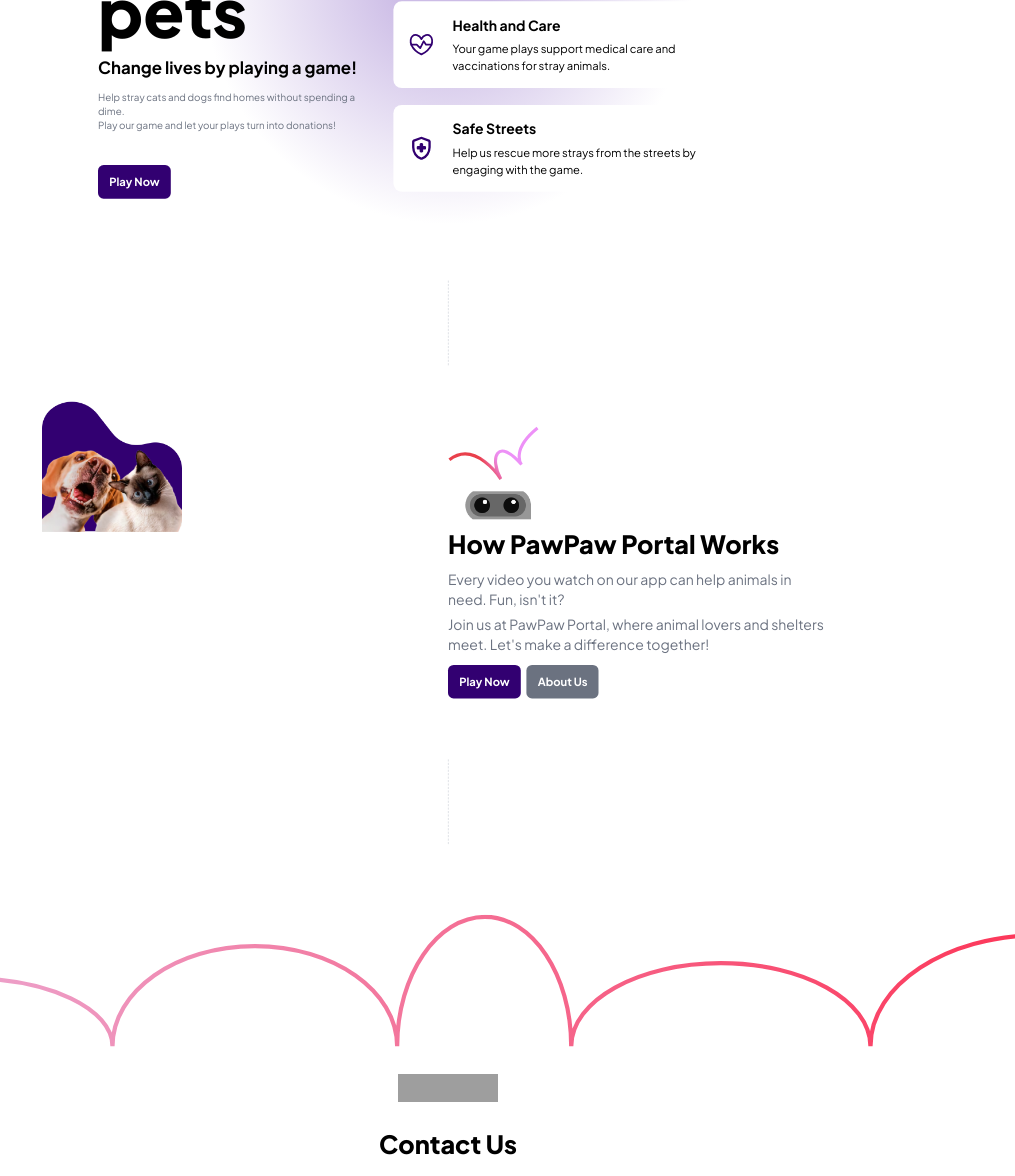
Repository: paskasiregar/pawpawwebsite
Page: /
The author's editor kept a copy of each file at every save. The page is drawn from the files as they stood at one save, then again after the next save.
The browser window is 1280 px wide. The page is 1450 px wide, so the pictures cover 1450 px, including what lies to the right of the window. The pictures show the part of the page from y = 537 to 2217 px (the page is 3234 px tall), at 70% of full size.
Pictures or frames that could not be fetched are drawn as grey boxes. The project was rebuilt for these pictures with package versions that can differ from the ones it lists, and the page was loaded fresh each time. The framework's server and built-in components were replaced by stand-ins that run in the browser. Also part of the build but not shown: next.config.js, next.config.mjs.

Above is the page before, as saved 2024-07-30 20:32:09.

### src/app/page.js
import { Contact } from "@/components/contact";
import { Divider } from "@/components/divider";
import { Footer } from "@/components/footer";
import { Header } from "@/components/header";
import CTA from "@/components/CTA";
import Hero from "@/components/hero";
import PrimaryButton from "@/components/primaryButton";
import SecButton from "@/components/secButton";
import Image from "next/image";
import logoImage from "../assets/inverse.png";
import bannerImage from "../assets/banner.png";

export default async function Home() {
  return (
    <div className="w-full font-plus-jakarta m-auto flex min-h-screen flex-col items-center justify-between py-4 md:py-8">
      <section className="space-y-4 w-full px-2 md:px-4">
        <div className="centeredcontainer main-container">
          <Header />
        </div>
        <main className="main-container">
          <Hero />
          <Divider />
          <div className="self-stretch bg-white flex flex-col md:flex-row">
            <div className="flex-1 relative h-48 md:h-[489px] z-[0]">
              <Image
                className="w-200 h-auto object-cover"
                alt="banner"
                src={bannerImage}
                width={200}
                height={200}
              />
            </div>

            <div className="flex-1 flex flex-col items-center md:items-start justify-center gap-4 z-[1] p-4 md:p-8">
              <div className="space-y-4">
                <div className="flex justify-center md:justify-start">
                  <svg
                    width="130"
                    height="77"
                    viewBox="0 0 130 77"
                    fill="none"
                    xmlns="http://www.w3.org/2000/svg"
                  >
                    <path
                      d="M2.04016 48.038C39.1938 19.0059 75.4362 75.5193 75.4362 75.5193C58.6481 44.4597 70.5515 14.7701 105.05 54.8444C105.05 54.8444 88.8644 34.0647 127.885 2.52962"
                      stroke="url(#paint0_linear_545_35744)"
                      strokeWidth="4.42591"
                      strokeMiterlimit="10"
                      strokeLinejoin="bevel"
                    />
                    <defs>
                      <linearGradient
                        id="paint0_linear_545_35744"
                        x1="19.971"
                        y1="73.8863"
                        x2="126.116"
                        y2="-0.218346"
                        gradientUnits="userSpaceOnUse"
                      >
                        <stop offset="0.2868" stopColor="#E9404C" />
                        <stop offset="0.2967" stopColor="#EA475C" />
                        <stop offset="0.3252" stopColor="#EB5B85" />
                        <stop offset="0.3554" stopColor="#EB6CA8" />
                        <stop offset="0.3871" stopColor="#EC79C5" />
                        <stop offset="0.4209" stopColor="#EC84DB" />
                        <stop offset="0.4577" stopColor="#ED8BEB" />
                        <stop offset="0.4998" stopColor="#ED90F4" />
                        <stop offset="0.5589" stopColor="#ED91F7" />
                      </linearGradient>
                    </defs>
                  </svg>
                </div>
                <Image
                  className="w-36 h-10 object-cover"
                  alt="Logo"
                  src={logoImage}
                  width={120}
                  height={20}
                />
                <div className="flex flex-col items-center md:items-start">
                  <div className="relative font-extrabold text-2xl md:text-4xl text-center md:text-left">
                    How PawPaw Portal Works
                  </div>
                </div>
                <div className="self-stretch flex flex-col md:flex-row items-center md:items-start justify-start text-lg md:text-xl text-gray-500">
                  <div className="flex-1 flex flex-col items-center md:items-start justify-start">
                    <div className="self-stretch">
                      <p className="m-0 text-center md:text-left">
                        Every video you watch on our app can help animals in
                        need. Fun, isn't it?
                      </p>
                      <p className="m-2"></p>
                      <p className="m-0 text-center md:text-left">
                        Join us at PawPaw Portal, where animal lovers and
                        shelters meet. Let's make a difference together!
                      </p>
                    </div>
                  </div>
                </div>

                <div className="flex flex-col md:flex-row gap-2">
                  <PrimaryButton>Play Now</PrimaryButton>
                  <SecButton>About Us</SecButton>
                </div>
              </div>
            </div>
          </div>
          <Divider />
          <Contact />
        </main>
        <div className="w-full">
          <div>
            <CTA />
          </div>
          <Footer />
        </div>
      </section>
    </div>
  );
}

### src/app/globals.css
@import url("https://fonts.googleapis.com/css2?family=Plus+Jakarta+Sans:wght@400;600;700;800&display=swap");

@tailwind base;
@tailwind components;
@tailwind utilities;

body {
  font-family: "Plus Jakarta Sans", sans-serif;
}

.hero-bg {
  display: flex;
  background: radial-gradient(
    circle,
    rgb(204, 188, 230) 10%,
    rgb(255, 255, 255) 50%
  );
}

.cta-container {
  display: flex;
  justify-content: center;
  align-items: center;
  position: relative;
  background: radial-gradient(circle, rgb(14, 4, 4) 0%, rgb(14, 1, 51) 100%);
  padding: 20px;
  gap: 20px;
  min-height: 200px;
}

.cta-button {
  display: inline-block;
  padding: 20px 40px;
  font-size: 24px;
  font-weight: bold;
  color: white;
  background: black;
  border-radius: 40px;
  position: relative;
  z-index: 1;
  overflow: hidden;
  transition: all 0.3s ease;
  text-align: center;
}

.cta-button::before {
  content: "";
  position: absolute;
  top: -2px;
  left: -2px;
  right: -2px;
  bottom: -2px;
  background: linear-gradient(
    90deg,
    rgb(255, 244, 97) 0%,
    rgb(187, 61, 255) 50%,
    rgb(142, 23, 23) 100%
  );
  z-index: -1;
  border-radius: inherit;
}

.cta-button::after {
  content: "";
  position: absolute;
  top: 2px;
  left: 2px;
  right: 2px;
  bottom: 2px;
  background: black;
  z-index: -1;
  border-radius: inherit;
}

.cta-button:hover {
  color: rgb(237, 246, 133);
  background: white;
}

.footer-bg {
  background: radial-gradient(circle, rgb(14, 4, 4) 0%, rgb(14, 1, 51) 100%);
  color: white;
  text-align: center;
  padding: 20px;
}

.centeredcontainer {
  width: 100vw;
  height: auto;
}

.main-container {
  width: 100%;
  max-width: 1200px;
  margin: 0 auto;
  padding: 0 20px;
}
.header-content {
  display: flex;
  flex-direction: row;
  align-items: center;
  justify-content: space-between;
}

.header-logo-button {
  display: flex;
  flex-direction: row;
  align-items: center;
  gap: 16px; /* Adjust spacing as needed */
}

### src/components/contact.jsx
import React from "react";
import PrimaryButton from "@/components/primaryButton";
import NameInput from "./nameInput";
import EmailInput from "./emailInput";
import MessageInput from "./mesageInput";

export const Contact = () => {
  return (
    <div className="font-plus-jakarta flex flex-col items-center justify-center py-16 px-4 md:px-[200px] gap-[40px] text-29xl">
      <div className="flex justify-start items-start">
        <svg
          width="1620"
          height="188"
          viewBox="0 0 1620 188"
          fill="none"
          xmlns="http://www.w3.org/2000/svg"
        >
          <path
            d="M1891 188C1891 100.375 1784.67 29.342 1653.5 29.342C1522.34 29.342 1413.53 100.375 1413.53 188C1413.53 122.37 1317.84 69.158 1199.78 69.158C1081.72 69.158 986.029 122.362 986.029 188C986.029 85.8274 930.825 3 862.735 3C794.645 3 737.369 85.8274 737.369 188C737.369 108.853 646.33 44.6865 534.029 44.6865C421.728 44.6865 330.689 108.853 330.689 188C330.689 134.381 239.649 90.9105 127.349 90.9105C15.0481 90.9105 -76 134.381 -76 188"
            stroke="url(#paint0_linear_545_35799)"
            stroke-width="6"
            stroke-miterlimit="10"
            stroke-linejoin="bevel"
          />
          <defs>
            <linearGradient
              id="paint0_linear_545_35799"
              x1="-84.5283"
              y1="91.1699"
              x2="1899.52"
              y2="91.1699"
              gradientUnits="userSpaceOnUse"
            >
              <stop offset="0.0224" stop-color="#EBADD7" />
              <stop offset="1" stop-color="#FF2445" />
            </linearGradient>
          </defs>
        </svg>
      </div>
      <img
        className="w-36 h-10 object-cover"
        alt="Logo"
        src="https://i.ibb.co.com/wyKQbSt/banner-10.png"
      />
      <div className="flex justify-center text-4xl font-extrabold space-y-4">
        Contact Us
      </div>
      <div className="w-full flex flex-col items-start gap-[16px] text-base text-light-l800 font-regular-reg-2">
        <div className="w-full flex flex-col md:flex-row gap-[20px]">
          <div className="w-full md:w-1/2">
            <NameInput className="w-full" />
          </div>
          <div className="w-full md:w-1/2">
            <EmailInput className="w-full" />
          </div>
        </div>
        <div className="w-full">
          <MessageInput className="w-full" />
        </div>
      </div>
      <PrimaryButton>Send Now</PrimaryButton>
    </div>
  );
};

export default Contact;

### src/components/divider.jsx
export const Divider = () => {
  return (
    <div className="self-stretch h-[195px] flex flex-row items-center justify-center py-16 px-[130px] box-border">
      <div className="w-px relative box-border h-[121px] border-r-[1px] border-dashed border-gray-300" />
    </div>
  );
};

### src/components/header.jsx
import Link from "next/link";
import PrimaryButton from "@/components/primaryButton";
import React from "react";
import Image from "next/image";
import logoHeaderImage from "../assets/banner-10.png";

export const Header = () => {
  return (
    <div className="font-plus-jakarta w-full flex flex-col items-center justify-center text-left text-gray-500">
      <div className="self-stretch bg-white flex flex-col items-center justify-center text-sm">
        <div className="w-full header-content p-2.5 box-border">
          <Link href="/">
            <Image
              className="w-36 h-10 object-cover"
              alt="Logo"
              src={logoHeaderImage}
              width={120}
              height={20}
            />
          </Link>
          <div className="hidden md:flex flex-row items-center justify-center gap-8">
            <div className="relative">How It Works</div>
            <div className="relative">About Us</div>
          </div>
          <div className="header-logo-button">
            <PrimaryButton>Be Our Hero Today!</PrimaryButton>
          </div>
        </div>
      </div>
    </div>
  );
};

export default Header;

### src/components/CTA.jsx
import React from "react";
import Link from "next/link";

const CTA = () => {
  return (
    <div className="cta-container font-plus-jakarta p-4 md:p-8 flex flex-col md:flex-row items-center justify-center">
      <svg
        className="cta-decoration mb-4 md:mb-0 md:mr-4"
        width="48"
        height="46"
        viewBox="0 0 48 46"
        fill="none"
        xmlns="http://www.w3.org/2000/svg"
      >
        <path
          d="M2 46C2 27.296 29.551 30.0086 36.5736 34.5625C36.5736 34.5625 14.4611 2 47.5714 2"
          stroke="url(#cta_gradient)"
          strokeWidth="3.92857"
          strokeMiterlimit="10"
          strokeLinejoin="bevel"
        />
        <defs>
          <linearGradient
            id="cta_gradient"
            x1="37.3571"
            y1="2"
            x2="7.5"
            y2="46"
            gradientUnits="userSpaceOnUse"
          >
            <stop stopColor="#FF2445" />
            <stop offset="1" stopColor="#F5AB0E" />
          </linearGradient>
        </defs>
      </svg>
      <Link href="/game">
        <div className="cta-button text-center bg-gradient-to-r from-orange-500 to-pink-500 text-white font-bold py-2 px-4 rounded-lg shadow-lg cursor-pointer">
          Play Our Game Now
        </div>
      </Link>
    </div>
  );
};

export default CTA;

### src/components/primaryButton.jsx
import React from "react";

const PrimaryButton = ({ children, onClick }) => {
  return (
    <button
      className="self-stretch  bg-inherit-320071 hover:bg-blue-700 text-white font-bold px-4 py-3 rounded-lg"
      onClick={onClick}
    >
      {children}
    </button>
  );
};

export default PrimaryButton;

### src/components/secButton.jsx
import React from "react";

const SecButton = ({ children, onClick }) => {
  return (
    <button
      className="bg-gray-500 hover:bg-gray-700 text-white font-bold py-2 px-4 rounded-lg"
      onClick={onClick}
    >
      {children}
    </button>
  );
};

export default SecButton;

### src/components/nameInput.jsx
import React from "react";

const NameInput = ({ value, onChange }) => {
  return (
    <div className="mb-4">
      <label
        className="block text-gray-700 text-sm font-bold mb-2"
        htmlFor="name"
      >
        Name
      </label>
      <input
        id="name"
        type="text"
        value={value}
        onChange={onChange}
        className="shadow appearance-none border rounded w-full py-2 px-3 text-gray-700 leading-tight focus:outline-none focus:shadow-outline"
        placeholder="Your Name"
      />
    </div>
  );
};

export default NameInput;

### src/components/emailInput.jsx
import React from "react";

const EmailInput = ({ value, onChange }) => {
  return (
    <div className="mb-4">
      <label
        className="block text-gray-700 text-sm font-bold mb-2"
        htmlFor="email"
      >
        Email
      </label>
      <input
        id="email"
        type="email"
        value={value}
        onChange={onChange}
        className="shadow appearance-none border rounded w-full py-2 px-3 text-gray-700 leading-tight focus:outline-none focus:shadow-outline"
        placeholder="Your Email"
      />
    </div>
  );
};

export default EmailInput;

### src/components/mesageInput.jsx
import React from "react";

const MessageInput = ({ value, onChange }) => {
  return (
    <div className="mb-4">
      <label
        className="block text-gray-700 text-sm font-bold mb-2"
        htmlFor="message"
      >
        Message
      </label>
      <textarea
        id="message"
        value={value}
        onChange={onChange}
        className="shadow appearance-none border rounded w-full py-2 px-3 text-gray-700 leading-tight focus:outline-none focus:shadow-outline"
        placeholder="Your Message"
        rows="5"
      />
    </div>
  );
};

export default MessageInput;

Loaded but not shown: src/app/layout.js (common file); tailwind.config.js (24 lines, source omitted); src/components/hero.jsx (211 lines, source omitted); src/components/footer.jsx (164 lines, source omitted)

After the next save:
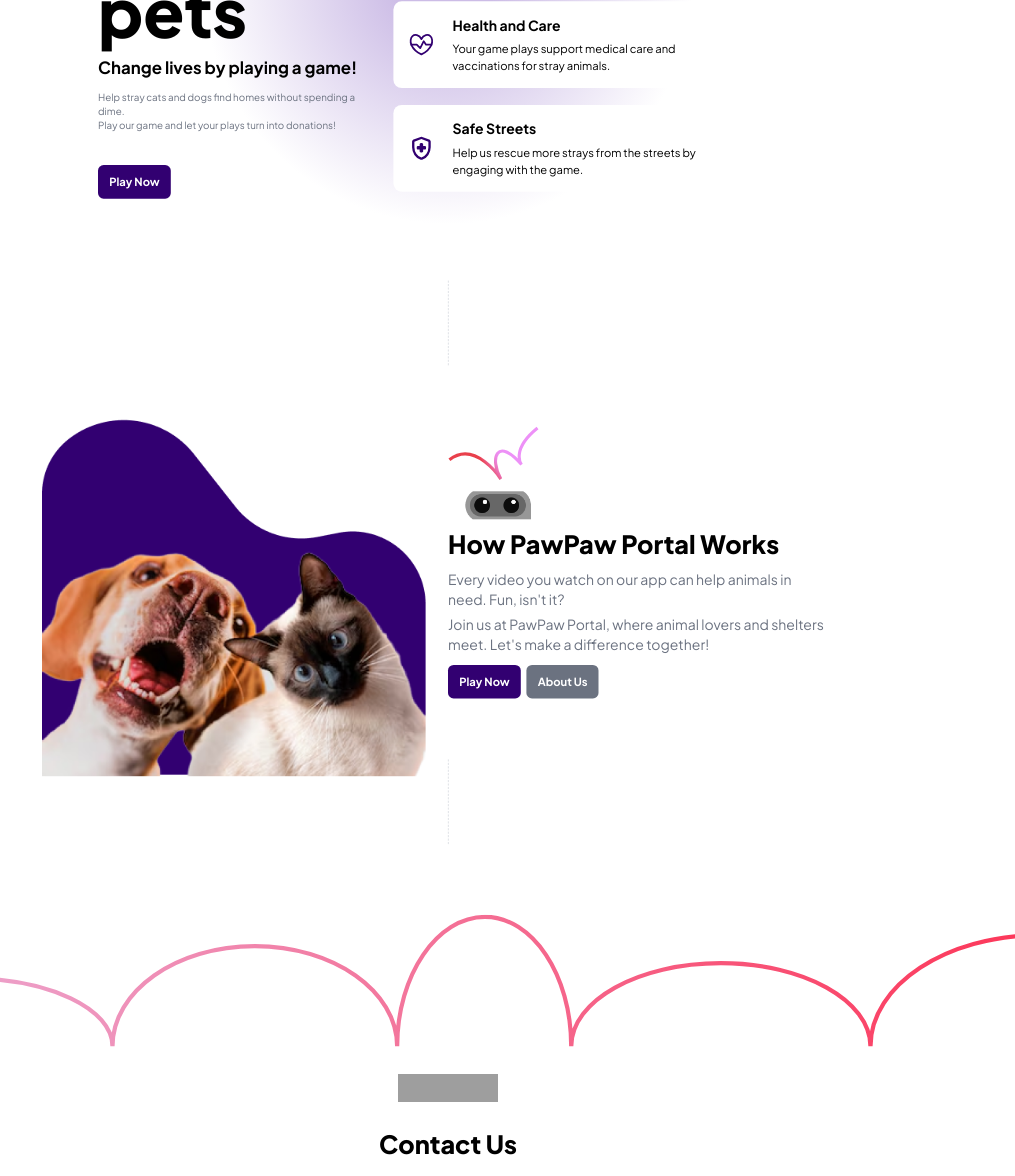
Saved 7 s later.
--- a/src/app/page.js
+++ b/src/app/page.js
@@ -23,7 +23,7 @@ export default async function Home() {
           <div className="self-stretch bg-white flex flex-col md:flex-row">
             <div className="flex-1 relative h-48 md:h-[489px] z-[0]">
               <Image
-                className="w-200 h-auto object-cover"
+                className="w-full h-auto object-cover"
                 alt="banner"
                 src={bannerImage}
                 width={200}
